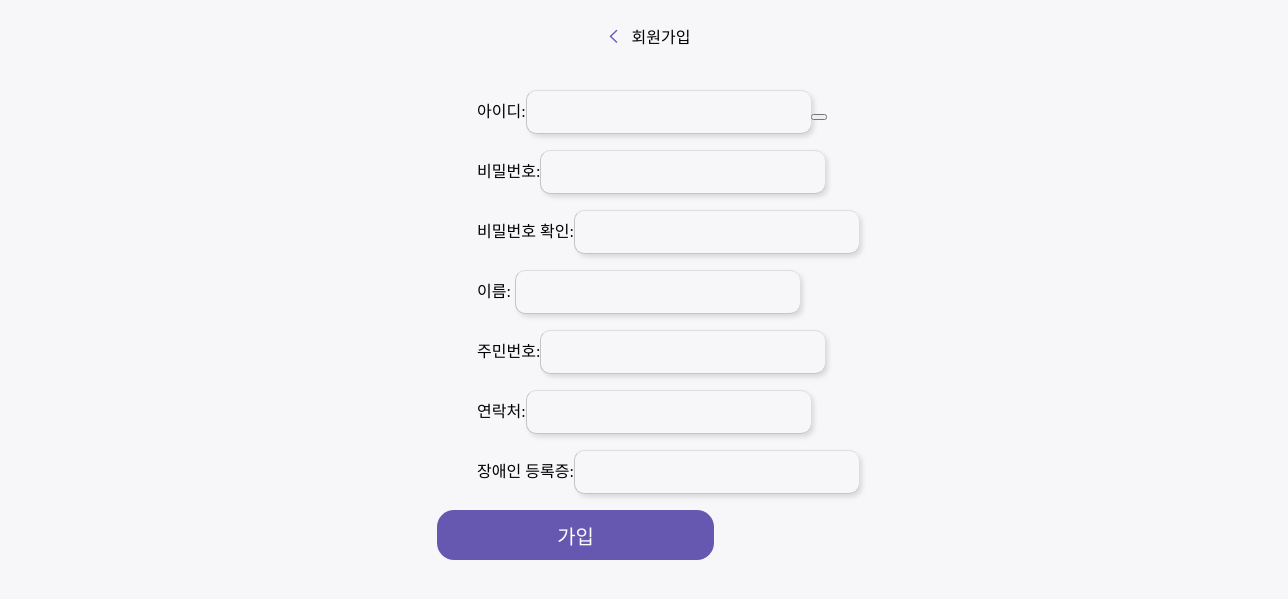
Repository: PEPI-dev/UI
Page: regist/regist.html
These files come from the project's save history. The page is drawn as it stood at one moment and after the next save; the edit follows.
The browser window is 1280 px wide. The page is 1288 px wide, so the pictures cover 1288 px, including what lies to the right of the window. The pictures show the whole page.
Some web fonts or font styles are not loaded; a fallback is used.

Above is the page before, as saved 2023-12-04 17:54:38.

### regist/regist.html
<!DOCTYPE html>
<html lang="en">
<head>
    <meta charset="UTF-8">
    <meta name="viewport" content="width=device-width, initial-scale=1.0">
    <title>회원가입</title>
    <link rel="stylesheet" href="./regist.css">
    <link rel ="stylesheet" type="text/css" href="../a_XEIcon-2.2.0/xeicon.min.css">
</head>
<body>

    <div id="div_back"><i class="xi-angle-left" id="back"></i><p id="txt_login">회원가입</p></div>

    <form class="form_class" action="#">
        <ul class="input_ul">

        <p class="input_form"><label for="ID" class="txt_input">아이디:</label><input class="field" id="ID"><button class="btn_inside"></button></input></p>

        <p class="input_form"><label for="password" class="txt_input">비밀번호:</label><input class="field" id="password" type="password"></input></p>
        <p class="input_form"><label for="check_password" class="txt_input">비밀번호 확인:</label><input class="field" id="chekc_password" type="password" ></input></p>

        <p class="input_form" id="name_input" ><label for="name" class="txt_input">이름: </label><input class="field" id="name" type="text"></input></p>

        <p class="input_form"><label for="rrn" class="txt_input">주민번호:</label><input class="field" id="rrn" type="text"></input></p>

        <p class="input_form"><label for="tel" class="txt_input">연락처:</label><input class="field" id="tel" type="text"></input></p>

        <p class="input_form"><label for="disability_card" class="txt_input">장애인 등록증:</label><input class="field" id="disability_card" type="text"></input></p>

        </ul>
        <button id="join">가입</button>

        <div id="space"></div>
    </form>

</body>
</html>

### regist/regist.css
@font-face {
    font-family: 'main_font';
    src: url(../a_font/NotoSansKR-VariableFont_wght.ttf);
    font-weight: 500;
}

@font-face {
    font-family: 'sub_font';
    src: url(../a_font/SEBANG/SEBANG\ Gothic.ttf);
}



body {
    width: 100%;
    background-color: #F7F7F9;
    display: flex;
    flex-direction: column;
    align-items: center;
}

/* 뒤로가기 버튼 */
.xi-angle-left {
    color: #6658B1;
}

#txt_login {
    font-family: 'main_font';
}

#div_back {
    display: flex;
    align-items: center;
    margin-bottom: 10px;
}

#back {
    border: none;
    background: none;
    cursor: pointer;
    margin-right: 10px;
}

.field {
    width: 280px;
    height: 40px;
    border-radius: 10px;
    box-shadow: 3px 3px 5px rgba(0, 0, 0, 0.12);
    background-color: #F7F7F9;
    border-width: 0;
    outline: none;
    border: none;
    border-top: 0.2px solid rgba(0, 0, 0, 0.1);
    border-left: 0.5px solid rgba(0, 0, 0, 0.2);
    border-bottom: 0.5px solid rgba(0, 0, 0, 0.2);
}

.txt_input{
    font-family: 'main_font';
}

#join {
    background-color: #6658B1;
    color: white;
    border: 1px solid #E1E1E1;
    font-family: 'main_font';
    font-size: 20px;
    font-weight: 500;
    border-radius: 17px;
    border: 0px;
    width: 277px;
    height: 50px;
}



@media screen and (max-width: 360px) {

    /* 뒤로가기 */
    #div_back {
        padding: 1px;
        margin-top: 35px;
        margin-right: 200px;
    }

    .input_form{

        margin-top: 5px;
    }


    .name_input {
        flex-direction: row;
        align-items: center;
    }

    #join{
        width: 260px;
        height: 50px;
        margin-left: 50px;
    }

    #space{
        margin-bottom: 50px;
    }

}

Loaded but not shown: a_XEIcon-2.2.0/xeicon.min.css (library)

After the next save:
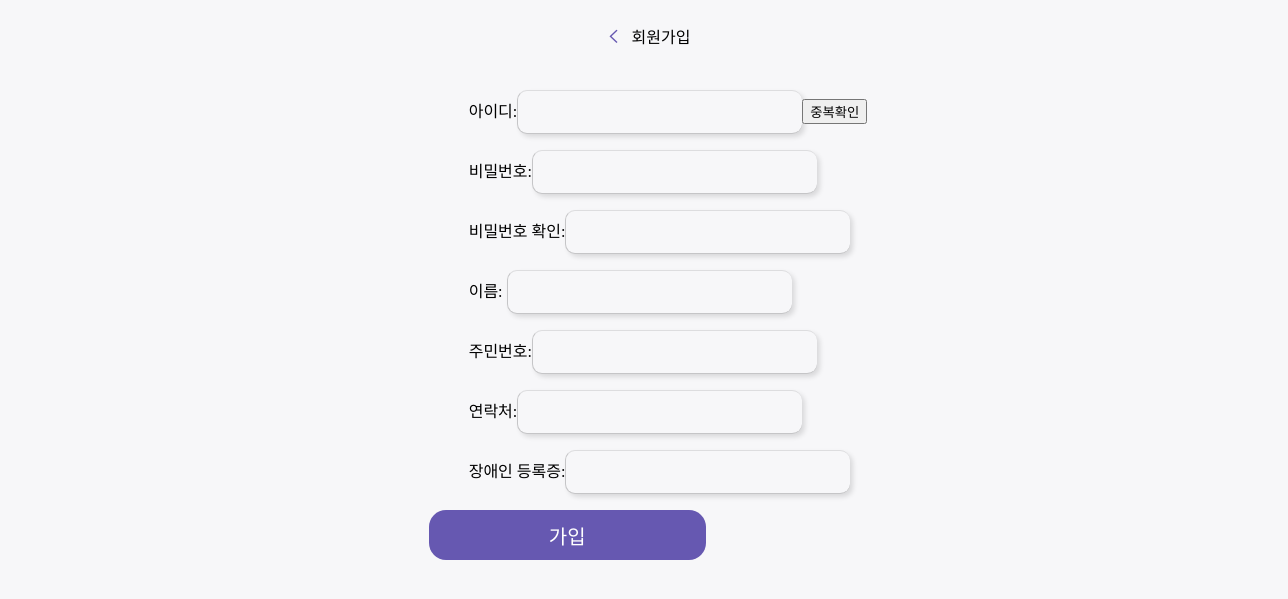
Saved 4 s later.
--- a/regist/regist.html
+++ b/regist/regist.html
@@ -14,7 +14,7 @@
     <form class="form_class" action="#">
         <ul class="input_ul">
 
-        <p class="input_form"><label for="ID" class="txt_input">아이디:</label><input class="field" id="ID"><button class="btn_inside"></button></input></p>
+        <p class="input_form"><label for="ID" class="txt_input">아이디:</label><input class="field" id="ID"><button class="btn_inside">중복확인</button></input></p>
 
         <p class="input_form"><label for="password" class="txt_input">비밀번호:</label><input class="field" id="password" type="password"></input></p>
         <p class="input_form"><label for="check_password" class="txt_input">비밀번호 확인:</label><input class="field" id="chekc_password" type="password" ></input></p>
